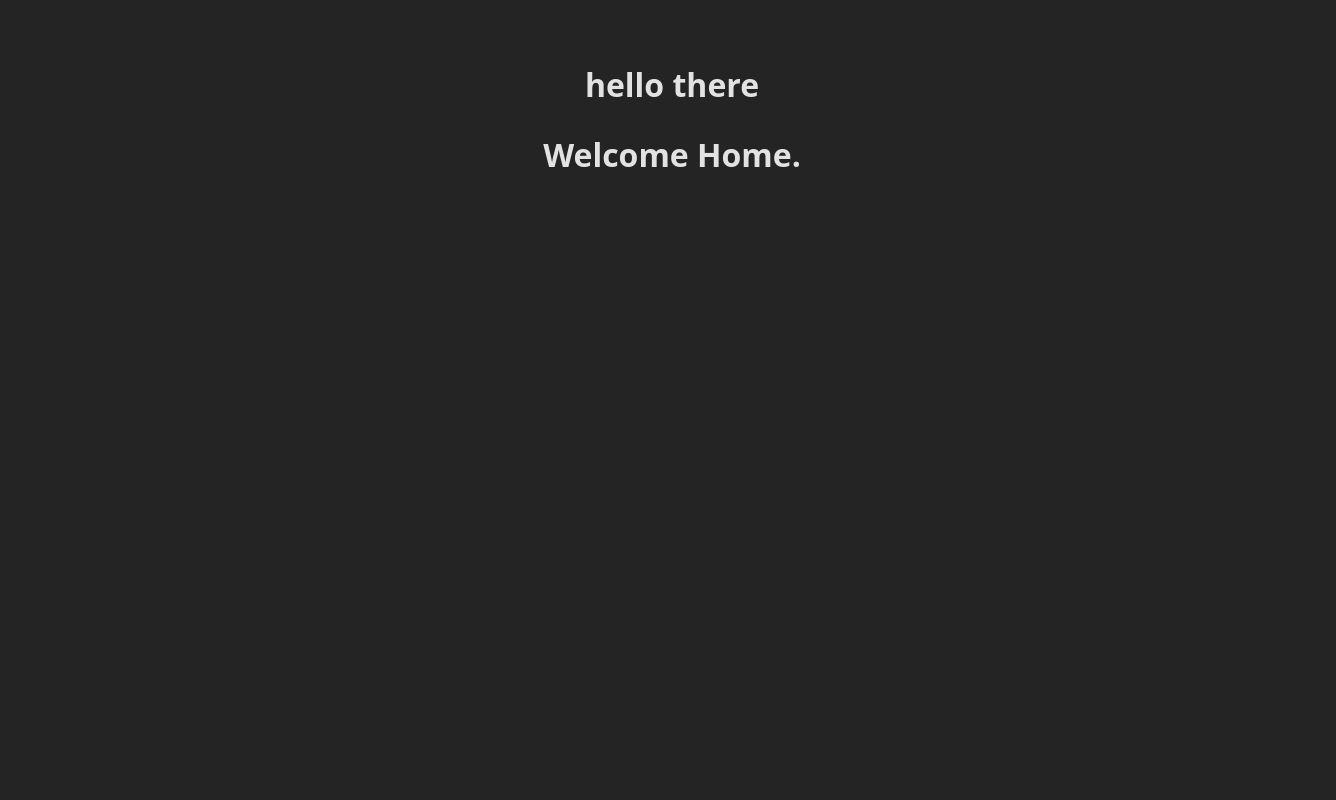
Repository: VladimirGagarin/Poeticum
Page: /
The author's editor kept a copy of each file at every save. The page is drawn from the files as they stood at one save, then again after a run of saves.
The browser window is 1280 px wide. The page is 1336 px wide, then 1280 px, so the pictures cover 1336 px, including what lies to the right of the window. The pictures show the whole page.
The project was rebuilt for these pictures with package versions that can differ from the ones it lists, and the page was loaded fresh each time. Also part of the build but not shown: vite.config.js, src/components/PoemScreen.jsx.

Above is the page before, as saved 2025-07-26 14:39:05.

After the next 2 saves:
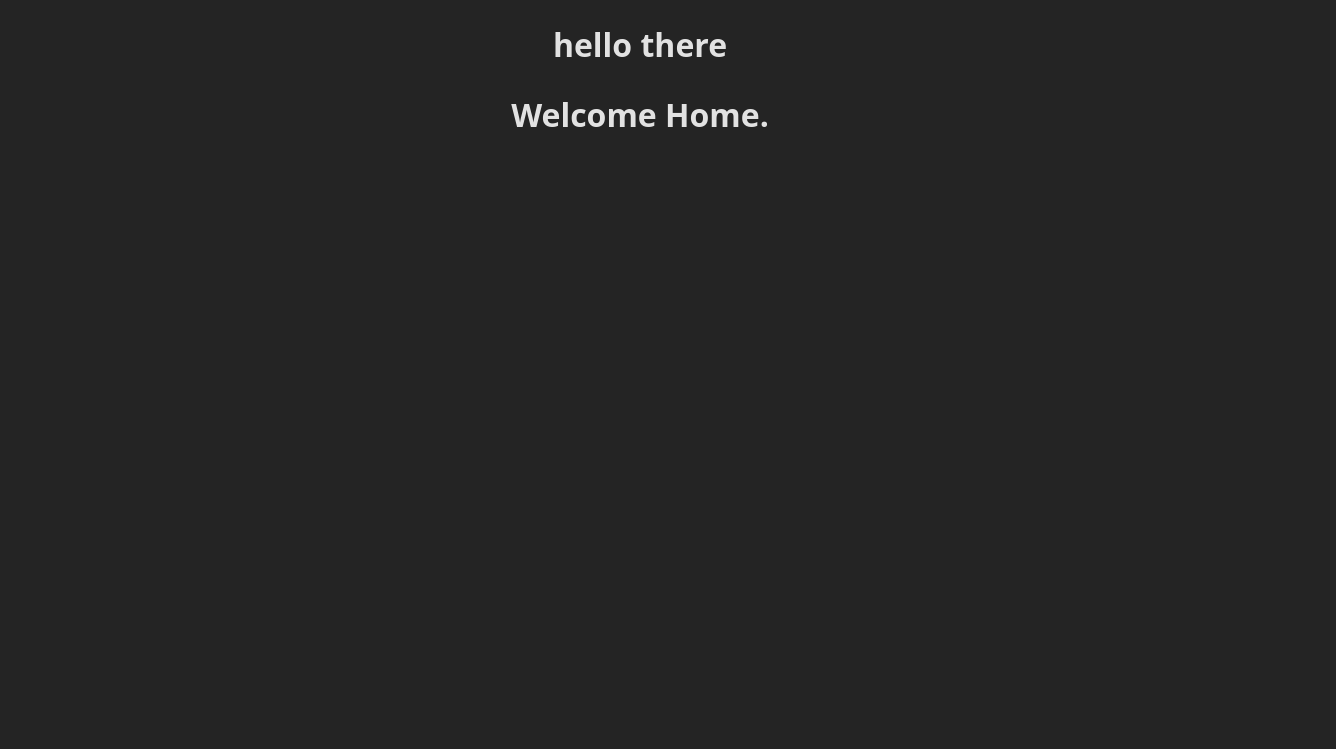
The 2 saves are shown as one change because they came seconds apart.
The last was saved 22 s later.
--- a/src/App.css
+++ b/src/App.css
@@ -1,7 +1,7 @@
 #root {
   width: 100%;
   min-height: 100vh;
-  margin: 0 auto;
-  padding: 2rem;
+  margin: 0;
+  padding: 0;
   text-align: center;
 }
